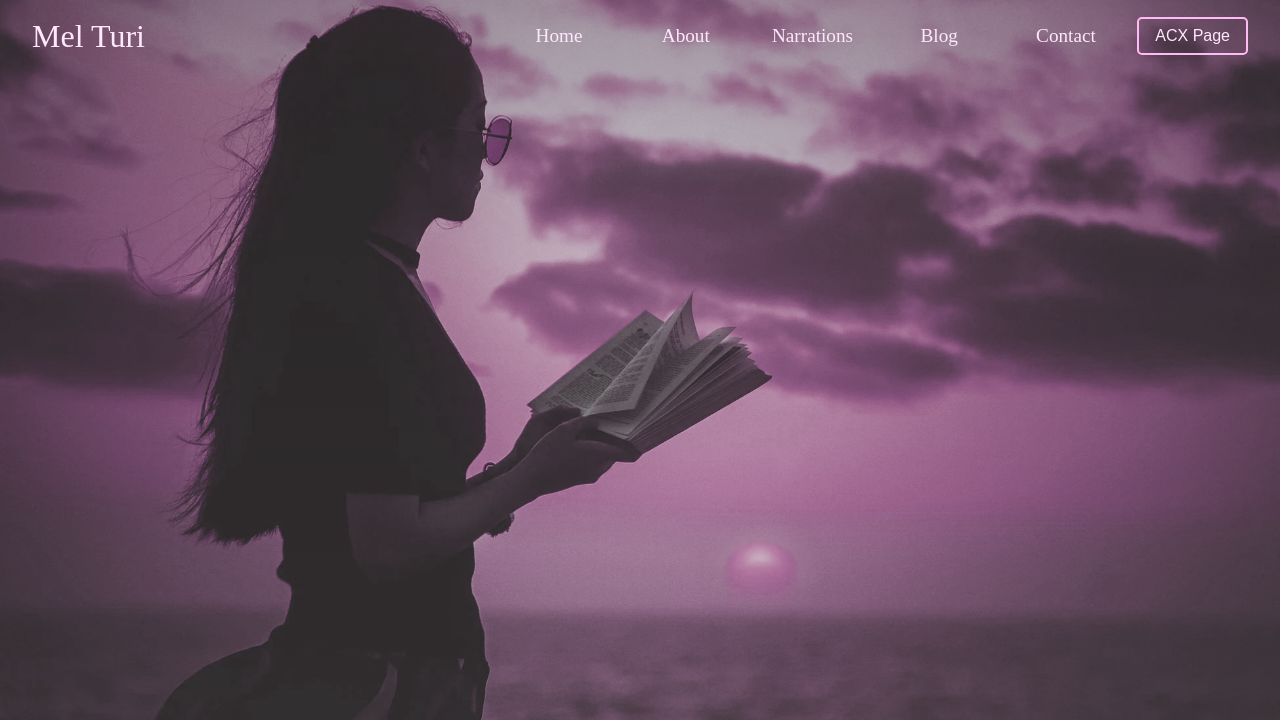
Repository: mel-turi/mel-turi-website
Page: /
An editor plug-in stored every save of this project. The page is shown before and after the next save, followed by the edit.
The browser window is 1280 px wide. The pictures show the whole page.
Some web fonts or font styles are not loaded; a fallback is used. The project was rebuilt for these pictures with package versions that can differ from the ones it lists, and the page was loaded fresh each time.

Above is the page before, as saved 2019-08-23 20:32:56.

After the next save:
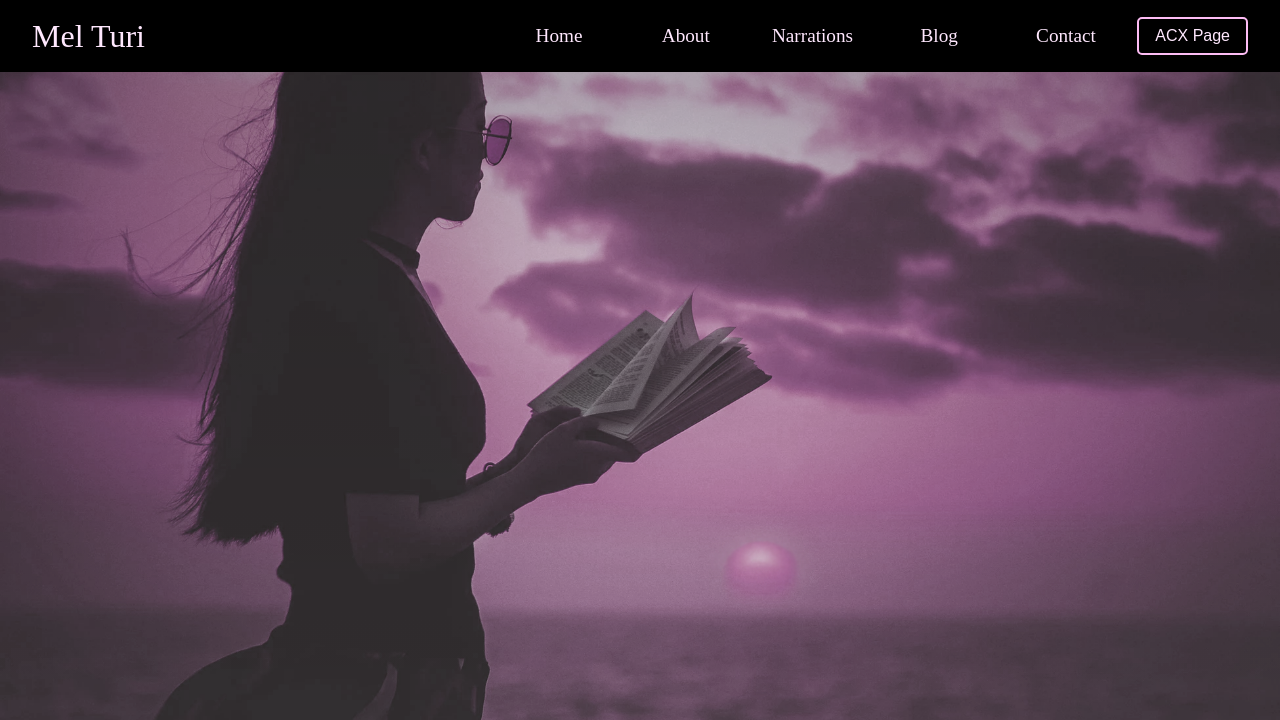
Saved 27 s later.
--- a/src/index.css
+++ b/src/index.css
@@ -49,7 +49,7 @@
   justify-content: space-between;
   margin: 0;
   padding: 0;
-  background: linear-gradient(rgba(0, 0, 0, 1));
+  background: rgba(0, 0, 0, 1);
 }
 
 .title {
